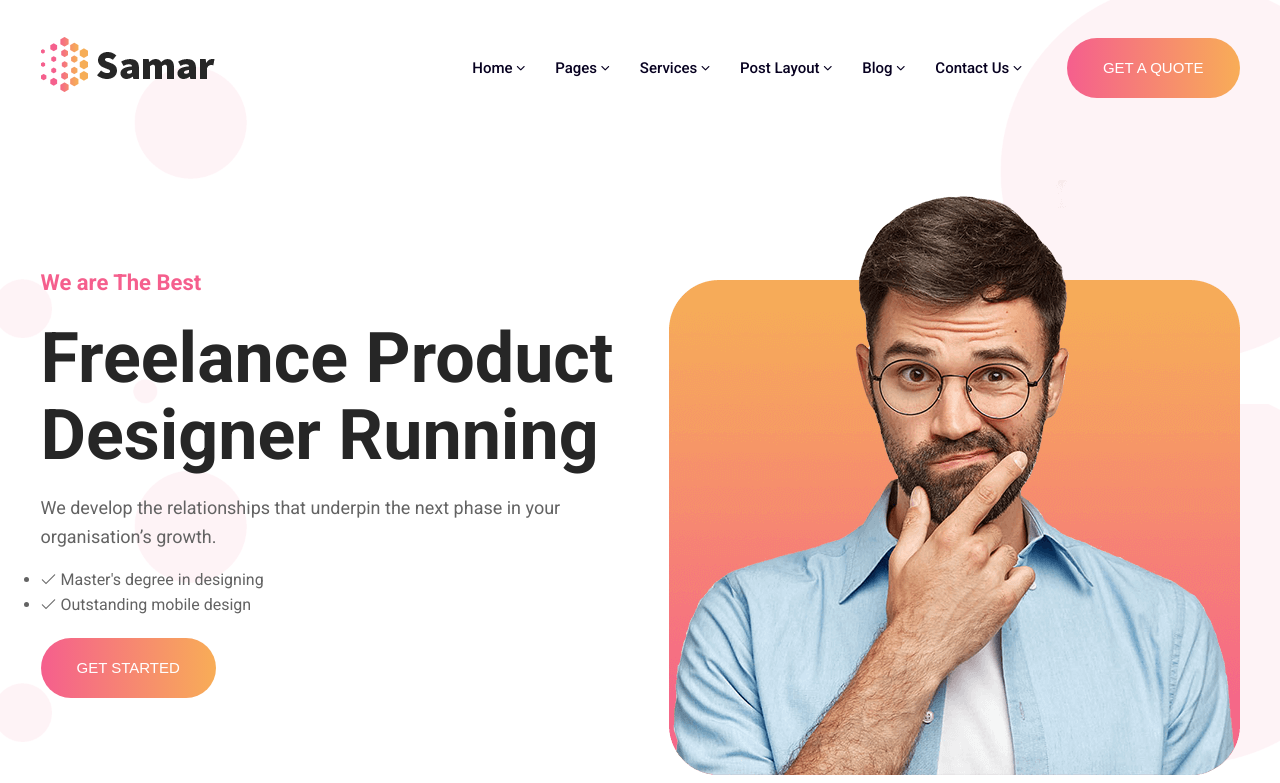
Repository: ducdatit2002/samar
Page: index.html
An editor plug-in stored every save of this project. The page is shown before and after the next save, followed by the edit.
The browser window is 1280 px wide. The pictures show the whole page.

Above is the page before, as saved 2023-07-26 23:33:53.

After the next save:
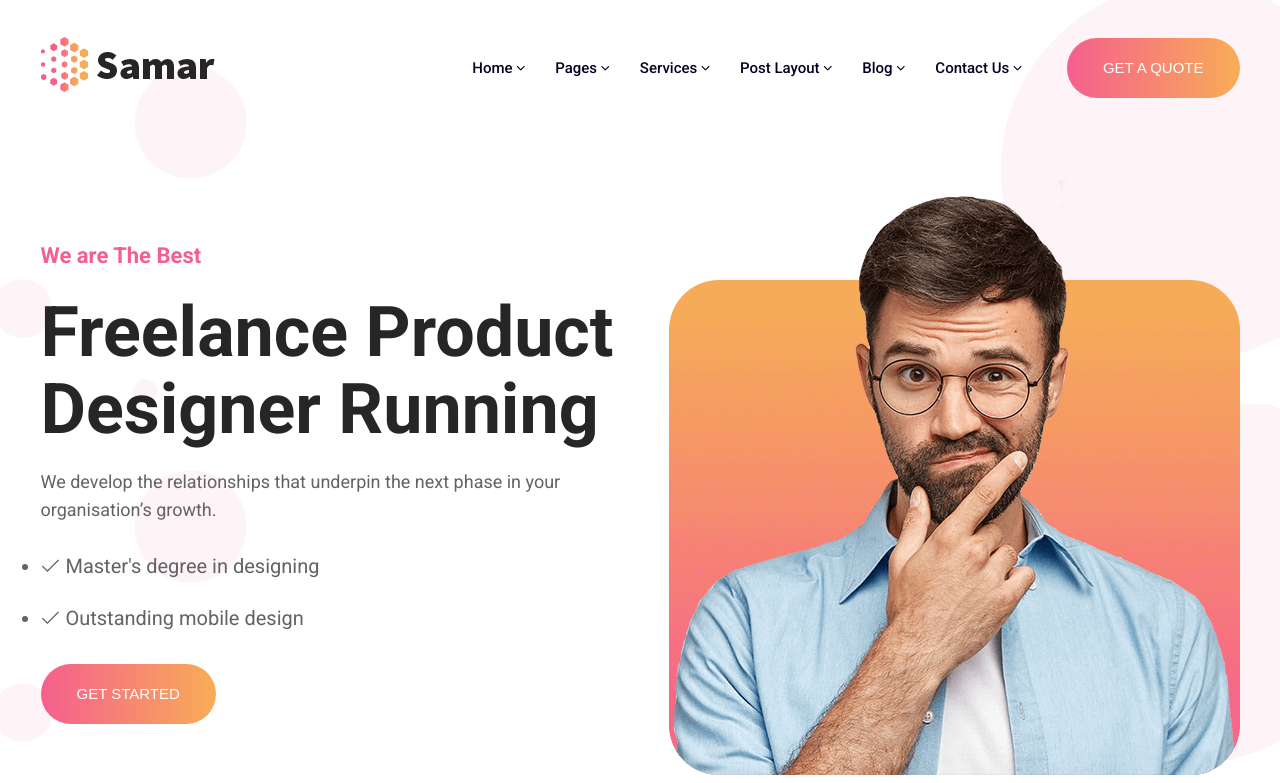
Saved 15 s later.
--- a/index.css
+++ b/index.css
@@ -125,7 +125,10 @@
 .saCarousel__article ul {
     margin-bottom: 20px;
 }
-
+.saCarousel__content li {
+    padding: 10px 5px 10px 0;
+    font-size: 20px;
+}
 /*Animation */
 @keyframes upToDown {
   49% {
